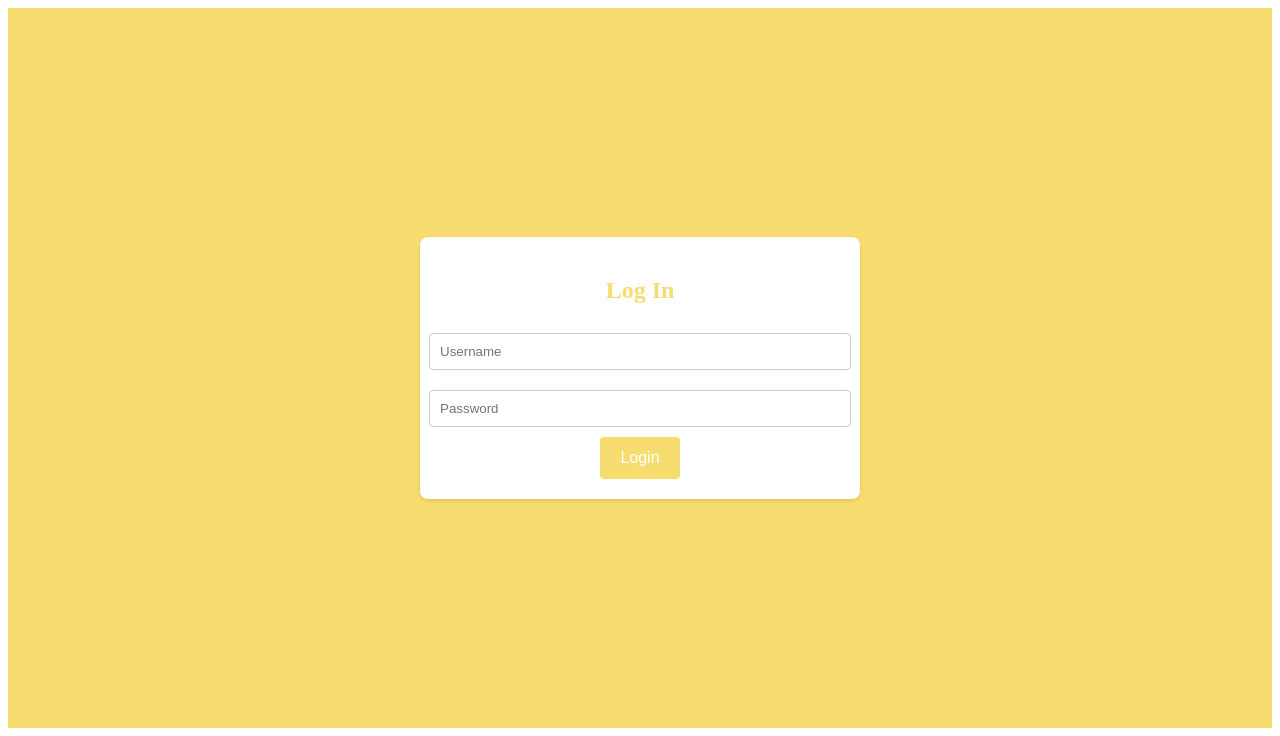
Repository: SamLProgrammer/church_billboard_front_app
Page: /months
These files come from the project's save history. The page is drawn as it stood at one moment and after the next save; the edit follows.
The browser window is 1280 px wide. The pictures show the whole page.
The project was rebuilt for these pictures with package versions that can differ from the ones it lists, and the page was loaded fresh each time. Also part of the build but not shown: vite.config.js, src/hooks/useFetchMonthFamilyEvents.js, src/components/Card.jsx, src/components/TablesViewer.jsx, src/components/CellRender.jsx, src/components/FamilyEventTable.jsx, src/styles/TopCenteredTitle.css, src/components/MonthTitle.jsx and 1 more.

Above is the page before, as saved 2023-10-28 20:53:48.

### index.html
<!DOCTYPE html>
<html lang="en">
  <head>
    <meta charset="UTF-8" />
    <link rel="stylesheet" type="text/css" href="./tableStyle.css">
    <link rel="icon" type="image/svg+xml" href="/vite.svg" />
    <meta name="viewport" content="width=device-width, initial-scale=1.0" />
    <title>Vite + React</title>
  </head>
  <body>
    <div id="root"></div>
    <script type="module" src="/src/App.jsx"></script>
  </body>
</html>

### tableStyle.css
  .card {
    width: 200px;
    height: 150px;
    border: 1px solid #333;
    margin: 10px;
    padding: 10px;
    display: flex;
    align-items: center;
    justify-content: center;
    font-size: 18px;
    text-align: center;
    border-radius: 10px;
    box-shadow: 0px 0px 10px rgba(0, 0, 0, 0.3);
    background-color: red;
    cursor: pointer;
}



.card-container {
  display: flex;
  flex-wrap: wrap;
  justify-content: center; /* Center horizontally */
  align-items: center; /* Center vertically */
}

### src/App.jsx
import React from "react";
import ReactDOM from "react-dom/client";
import { RouterProvider } from "react-router-dom";
import { RouterHook } from "./routes/RouterHook";
import { ResponseProvider } from "./contexts/ResponseProvider";

ReactDOM.createRoot(document.getElementById("root")).render(
  <React.StrictMode>
    <ResponseProvider>
      <RouterProvider router={RouterHook()} />
    </ResponseProvider>
  </React.StrictMode>
);

### src/routes/RouterHook.jsx
import { createBrowserRouter } from "react-router-dom";
import { ChurchFrontApp } from "../components/ChurchFrontApp";
import { TablesViewer } from "../components/TablesViewer";
import { MonthTable } from "../components/MonthTable";

export const RouterHook = () => {

return createBrowserRouter([
    {
      path: "/months",
      element: <TablesViewer/>,
    },
    {
        path: "/login",
        element: <ChurchFrontApp/>,
      },
    {
        path: "/monthTable",
        element: <MonthTable/>,
      },
  ]);
}

### src/contexts/ResponseProvider.jsx
// ResponseContext.js
import { createContext, useState } from "react";
import PropTypes from "prop-types";

const ResponseContext = createContext();

export const ResponseProvider = ({ children }) => {
  const [response, setResponse] = useState(null);

  return (
    <ResponseContext.Provider value={{ response, setResponse }}>
      {children}
    </ResponseContext.Provider>
  );
};

ResponseProvider.propTypes = {
  children: PropTypes.node.isRequired,
};

export { ResponseContext };

### src/components/ChurchFrontApp.jsx
import { useState } from "react";
import { useNavigate } from "react-router-dom";
import { useResponse } from "../hooks/useResponse";
import { validateLogin } from "../hooks/useValidateLogin";
import "../styles/Login.css";
import { fetchMonths } from "../hooks/useFetchMonths";

export const ChurchFrontApp = () => {
  const [username, setUsername] = useState("");
  const [password, setPassword] = useState("");
  const navigate = useNavigate();
  const { setResponse } = useResponse();

  const callUseValidateLogin = async () => {
    const response1 = JSON.parse(await validateLogin(username, password));
    const {sessionToken, error} = response1;
    if (error == null) {
      localStorage.setItem('sessionToken', sessionToken);
      const {availableMonths, error} = JSON.parse(await fetchMonths());
      setResponse({availableMonths});
      if(error == null) {
        // Get the token from localStorage
        navigate("/months");
      }
    }

  };

  return (
    <div className="login-container">
      <div className="login-box">
        <h2 className="login-title">Log In</h2>
        <div className="input-container">
          <input
            type="text"
            placeholder="Username"
            value={username}
            onChange={(e) => setUsername(e.target.value)}
            className="login-input"
          />
          <input
            type="password"
            placeholder="Password"
            value={password}
            onChange={(e) => setPassword(e.target.value)}
            className="login-input"
          />
          <button className="login-button" onClick={callUseValidateLogin}>
            Login
          </button>
        </div>
      </div>
    </div>
  );
};

### src/hooks/useResponse.js
// useResponse.js
import { useContext } from "react";
import { ResponseContext } from "../contexts/ResponseProvider";

export const useResponse = () => useContext(ResponseContext);

### src/hooks/useValidateLogin.js
export const validateLogin = async (userName, password) => {
  const url = 'http://localhost:5000/login';
  const loginData = {
    username: userName,
    password: password,
  };

  const response = await fetch(url, {
    method: 'POST',
    credentials: 'include',
    headers: {
      'Content-Type': 'application/json',
    },
    body: JSON.stringify(loginData),
  });

  if (response.ok) {
    const sessionId = response.headers.get('sessionId');
    console.log('Received sessionId:', sessionId);
    return await response.text();
  } else {
    throw new Error(`Request failed with status ${response.status}`);
  }
}

### src/styles/Login.css
.login-container {
    display: flex;
    justify-content: center;
    align-items: center;
    min-height: 100vh;
    background-color: #f7dc6f;
  }

  .login-box {
    background: white;
    border-radius: 8px;
    padding: 20px;
    box-shadow: 0 2px 4px rgba(0, 0, 0, 0.1);
    text-align: center;
    width: 100%;
    max-width: 400px;
  }

  .login-title {
    font-size: 24px;
    color: #f7dc6f;
  }

  .input-container {
    display: flex;
    flex-direction: column;
    align-items: center;
  }

  .login-input {
    width: 100%;
    padding: 10px;
    margin: 10px 0;
    border: 1px solid #ccc;
    border-radius: 4px;
  }

  .login-button {
    background-color: #f7dc6f;
    color: white;
    border: none;
    border-radius: 4px;
    padding: 12px 20px;
    font-size: 16px;
    cursor: pointer;
  }

  .login-button:hover {
    background-color: #ffeb4d;
  }

  /* Responsive Styles */
  @media (max-width: 768px) {
    .login-box {
      max-width: 90%;
    }
    .login-title {
      font-size: 20px;
    }
    .login-input,
    .login-button {
      font-size: 14px;
    }
  }

### src/hooks/useFetchMonths.js
export const fetchMonths = async () => {
    const sessionToken = localStorage.getItem('sessionToken');
    const url = 'http://localhost:5000/months';

    const response = await fetch(url, {
        method: 'POST',
        credentials: 'include',
        headers: {
            'Content-Type': 'application/json',
            'CustomAuth': sessionToken,
        },
    });

    if (response.ok) {
        return await response.text();
    } else {
        throw new Error(`Request failed with status ${response.status}`);
    }

};

### src/styles/NiceTable.css
/* NiceTable.css */
.nice-table {
  position: absolute;
  display: flex;
  flex-direction: column;
  align-items: center;
  justify-content: flex-start; /* Adjust alignment */
  margin-top: 2%;
  height: 100%;
  width: 100%;
  border-collapse: collapse;
  background-color: red;
}

.button-container {
  margin-top: 1%;
  background-color: blue;
}

button {
  z-index: 100;
}

.table-title {
  top:0;
  text-align: center;
}

table {
  width: 70%;
  left: 15%;
  text-align: left;
  background-color: #f5f5f5;
  border: none;
  table-layout: auto;
}

.cell-render {
  width: 90%;
  font-size: 100%;
}

th, td {
  height: 2em;
  padding: 0.2em 0.2em;
  border: 1px solid #ccc;
  text-align: center;
}

thead {
  background-color: #333;
  color: #fff;
}

tbody tr:nth-child(even) {
  background-color: #e0e0e0;
}

After the next save:
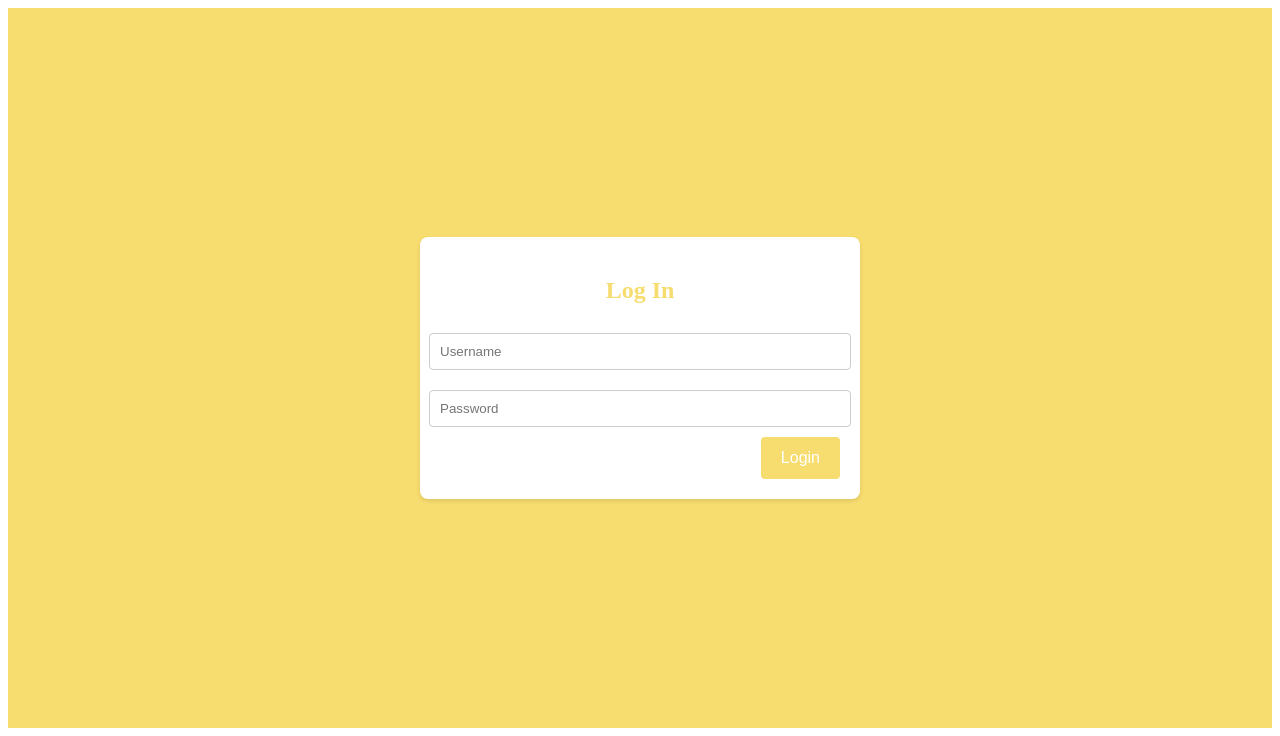
Saved 3 min 32 s later.
--- a/src/styles/NiceTable.css
+++ b/src/styles/NiceTable.css
@@ -14,11 +14,16 @@
 
 .button-container {
   margin-top: 1%;
+  display: flex;
+  flex-direction: column;
+  align-items: center;
+  justify-content: flex-start;
   background-color: blue;
 }
 
 button {
   z-index: 100;
+  align-self: flex-end;
 }
 
 .table-title {

After the save that followed:
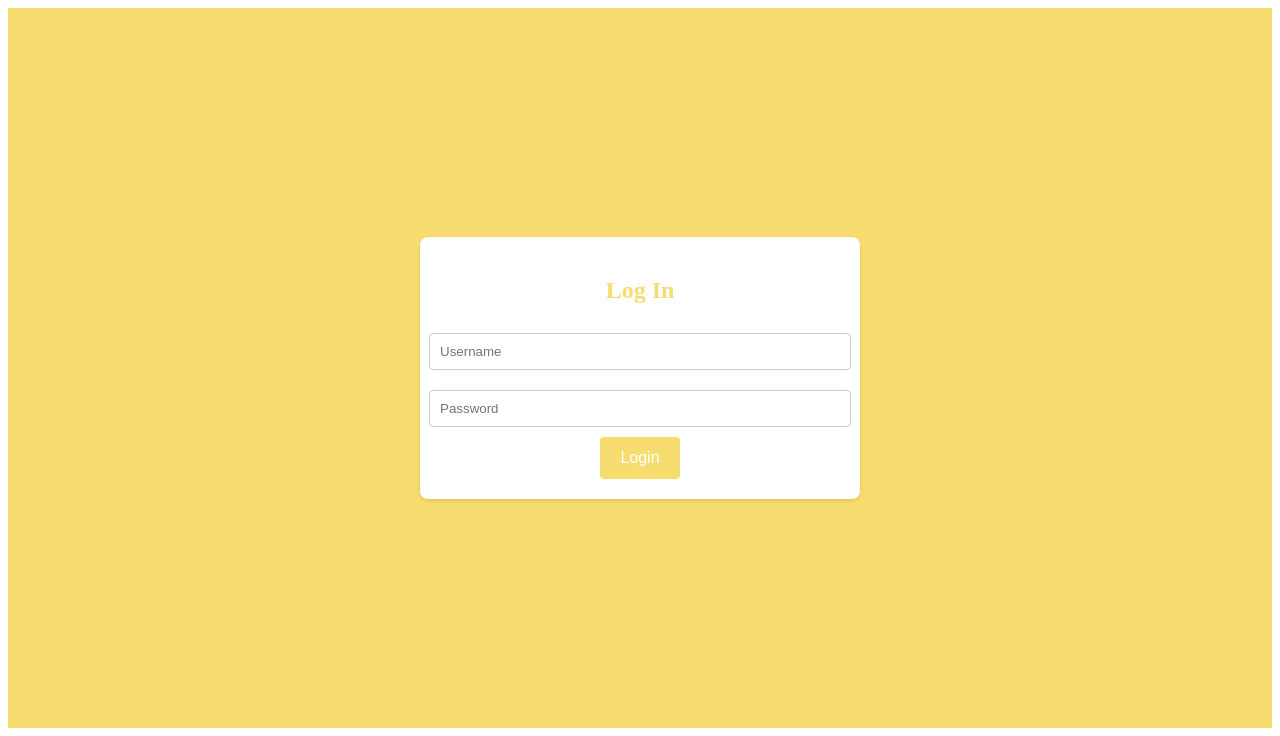
Saved 2 min 42 s later.
--- a/src/styles/NiceTable.css
+++ b/src/styles/NiceTable.css
@@ -1,10 +1,11 @@
+/* NiceTable.css */
 /* NiceTable.css */
 .nice-table {
   position: absolute;
   display: flex;
   flex-direction: column;
   align-items: center;
-  justify-content: flex-start; /* Adjust alignment */
+  justify-content: flex-start;
   margin-top: 2%;
   height: 100%;
   width: 100%;
@@ -12,18 +13,15 @@
   background-color: red;
 }
 
+/* Update button-container */
 .button-container {
+  display: flex;
+  justify-content: flex-end; /* Align button to the right */
   margin-top: 1%;
-  display: flex;
-  flex-direction: column;
-  align-items: center;
-  justify-content: flex-start;
-  background-color: blue;
 }
 
 button {
   z-index: 100;
-  align-self: flex-end;
 }
 
 .table-title {
